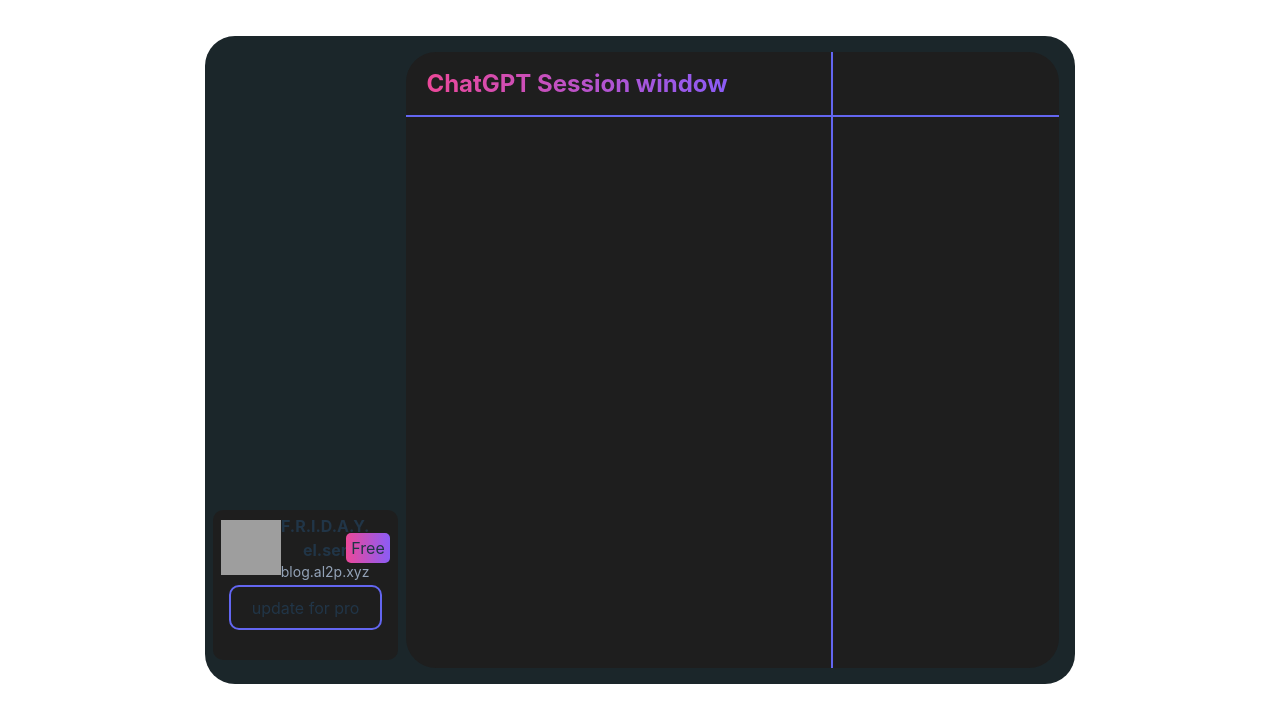
Repository: yezhonghu0503/chatgpt-vue-lac
Page: /
The author's editor kept a copy of each file at every save. The page is drawn from the files as they stood at one save, then again after the next save.
The browser window is 1280 px wide. The pictures show the whole page.
Pictures or frames that could not be fetched are drawn as grey boxes. The project was rebuilt for these pictures with package versions that can differ from the ones it lists, and the page was loaded fresh each time. Also part of the build but not shown: vite.config.ts.

Above is the page before, as saved 2023-05-18 15:26:40.

### src/style.css
@tailwind base;
@tailwind components;
@tailwind utilities;

:root {
  font-family: Inter, system-ui, Avenir, Helvetica, Arial, sans-serif;
  line-height: 1.5;
  font-weight: 400;

  color-scheme: light dark;
  color: rgba(255, 255, 255, 0.87);
  /* background-color: #242424; */
  background-color: rgb(21, 21, 21);

  font-synthesis: none;
  text-rendering: optimizeLegibility;
  -webkit-font-smoothing: antialiased;
  -moz-osx-font-smoothing: grayscale;
  -webkit-text-size-adjust: 100%;
}

a {
  font-weight: 500;
  color: #646cff;
  text-decoration: inherit;
}

a:hover {
  color: #535bf2;
}

body {
  margin: 0;
  display: flex;
  place-items: center;
  min-width: 320px;
  min-height: 100vh;
}

h1 {
  font-size: 3.2em;
  line-height: 1.1;
}

button {
  border-radius: 8px;
  border: 1px solid transparent;
  padding: 0.6em 1.2em;
  font-size: 1em;
  font-weight: 500;
  font-family: inherit;
  background-color: #1a1a1a;
  cursor: pointer;
  transition: border-color 0.25s;
}

button:hover {
  border-color: #646cff;
}

button:focus,
button:focus-visible {
  outline: 4px auto -webkit-focus-ring-color;
}

.card {
  padding: 2em;
}

#app {
  max-width: 1280px;
  margin: 0 auto;
  padding: 2rem;
  text-align: center;
}

@media (prefers-color-scheme: light) {
  :root {
    color: #213547;
    background-color: #ffffff;
  }

  a:hover {
    color: #747bff;
  }

  button {
    background-color: #f9f9f9;
  }
}

### src/App.vue
<script setup lang="ts">
import chat from './pages/chat.vue';
</script>

<template>
  <chat />
</template>

<style scoped></style>

### src/pages/chat.vue
<template>
    <div class="w-[68vw] h-[90vh] bg-rg-chat-border rounded-[30px] flex justify-end p-4 pl-0">
        <chatMenu />
        <chatMain />

    </div>
</template>
<script lang="ts" setup>
import chatMain from '../components/chat-main/chatMain.vue';
import chatMenu from '../components/chat-menu/chatMenu.vue'
</script>
<style lang="less" scoped></style>

### src/components/chat-main/chatMain.vue
<template>
    <div class="w-[51vw] h-[100%] bg-rg-chat rounded-[30px] flex">
        <div class="w-[34vw] h-[100%] border-r-2 border-indigo-500">
            <div class="w-[100%] h-[65px] border-b-2 border-indigo-500 flex justify-start items-center p-5">
                <span
                    class='text-2xl font-bold text-transparent bg-clip-text bg-gradient-to-r from-pink-500 to-violet-500'>ChatGPT
                    Session window</span>
            </div>
        </div>
        <div class="w-[18vw] h-[65px] border-b-2 border-indigo-500"></div>
    </div>
</template>

<script lang="ts" setup>

</script>

<style lang="sass" scoped>

</style>

### src/components/chat-menu/chatMenu.vue
<template>
    <div class="w-[18vw] h-[100%] flex justify-center items-end p-2">
        <div class="w-[100%] h-[150px] bg-rg-chat flex flex-col items-center rounded-[10px]">
            <div class="w-[100%] h-[75px] flex justify-between items-center p-2">
                <div class="flex items-center">
                    <img class="w-[60px] h-[55px]" src="https://blog.al2p.xyz/upload/laclogo.png" />
                    <div class="flex flex-col items-start">
                        <div class="text-base font-bold ">F.R.I.D.A.Y. el.ser</div>
                        <div class="text-sm text-slate-400">blog.al2p.xyz</div>
                    </div>
                </div>
                <div
                    class="flex justify-center rounded-[5px] items-center w-[70px] h-[30px] bg-gradient-to-r from-pink-500 to-violet-500">
                    Free</div>
            </div>
            <div class="flex items-center justify-center w-[12vw] h-[45px] rounded-[10px] border-2 border-indigo-500">update
                for pro</div>
        </div>
    </div>
</template>

<script lang="ts" setup>

</script>

<style lang="less" scoped></style>

### tailwind.config.js
/** @type {import('tailwindcss').Config} */
export default {
  content: [
    "./index.html",
    "./src/**/*.{vue,js,ts,jsx,tsx}",
  ],
  theme: {
    extend: {
      colors: {
        'rg-chat': 'rgb(30,30,30)',
        'rg-chat-border': 'rgb(27,38,42)'
      }
    }
  },
  plugins: [],
}

Loaded but not shown: index.html (common file); src/main.ts (common file)

After the next save:
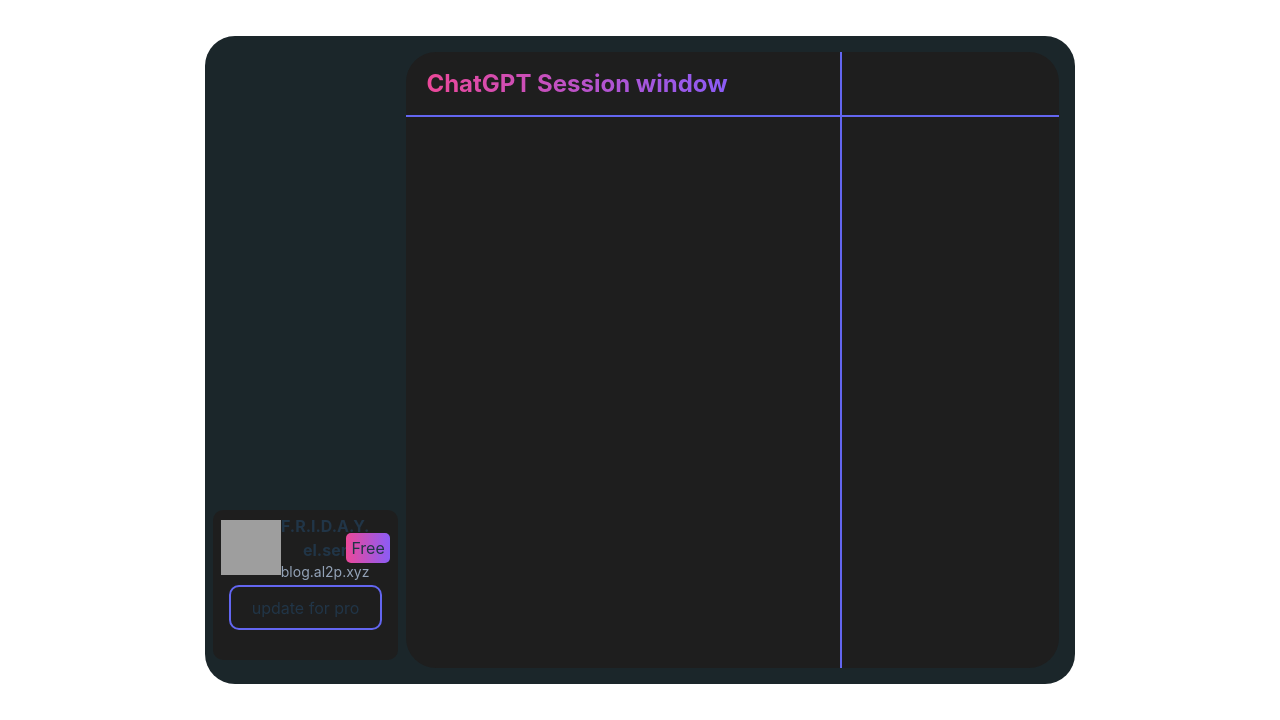
Saved 8 s later.
--- a/src/components/chat-main/chatMain.vue
+++ b/src/components/chat-main/chatMain.vue
@@ -7,7 +7,7 @@
                     Session window</span>
             </div>
         </div>
-        <div class="w-[18vw] h-[65px] border-b-2 border-indigo-500"></div>
+        <div class="w-[17vw] h-[65px] border-b-2 border-indigo-500"></div>
     </div>
 </template>
 
